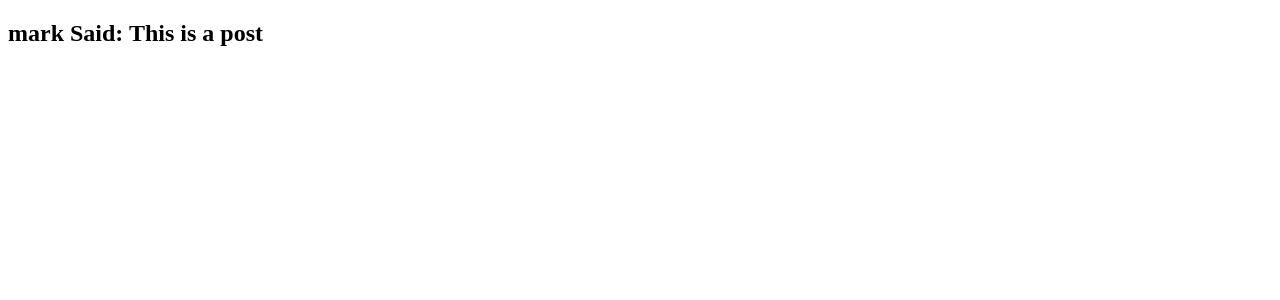
Repository: roslanPaul/social-app
Page: /
The author's editor kept a copy of each file at every save. The page is drawn from the files as they stood at one save, then again after the next save.
The browser window is 1280 px wide. The pictures show the whole page.
The project was rebuilt for these pictures with package versions that can differ from the ones it lists, and the page was loaded fresh each time.

Above is the page before, as saved 2019-03-14 12:25:31.

### src/index.js
import React, { Component } from 'react';
import { render } from "react-dom";
import PropTypes from "prop-types";

const node = document.getElementById('root');
class Post extends Component {
    render() {
        // create DOM element
        console.log("test");
        return React.createElement (
            'div',
            {
                className: 'post'
            },
            React.createElement(
                'h2',
                {
                    className: 'postAuthor',
                    id: this.props.id
                },
                this.props.user,
                React.createElement(
                    'span',
                    {
                        className: 'postBody'
                    },
                    this.props.content
                )
            )
        );
    }
}

class Comment extends Component {
    render() {
        console.log("test");
        return React.createElement(
            'div',
            {
                className: 'comment'
            },
            React.createElement(
                'h2',
                {
                    className: 'commentAuthor'
                },
                this.props.user,
                React.createElement(
                    'span',
                    {
                        className: 'commentContent'
                    },
                    this.props.content
                )
            )
        );
    }
}
// establish constraint
Post.propTypes = {
    user: PropTypes.string.isRequired,
    content: PropTypes.string.isRequired,
    id: PropTypes.number.isRequired
};

Comment.propTypes = {
    id: PropTypes.number.isRequired,
    content: PropTypes.string.isRequired,
    user: PropTypes.string.isRequired
};

// add the post
const App = React.createElement(
    Post, {
    id: 1,
    content: ' Said: This is a post',
    user: 'mark'
    },
    React.createElement(Comment, {
        id: 2,
        user: 'bob',
        content: ' commented: Woow. Cool!'
    })
);

render(App, node);

Loaded but not shown: public/index.html (common file)

After the next save:
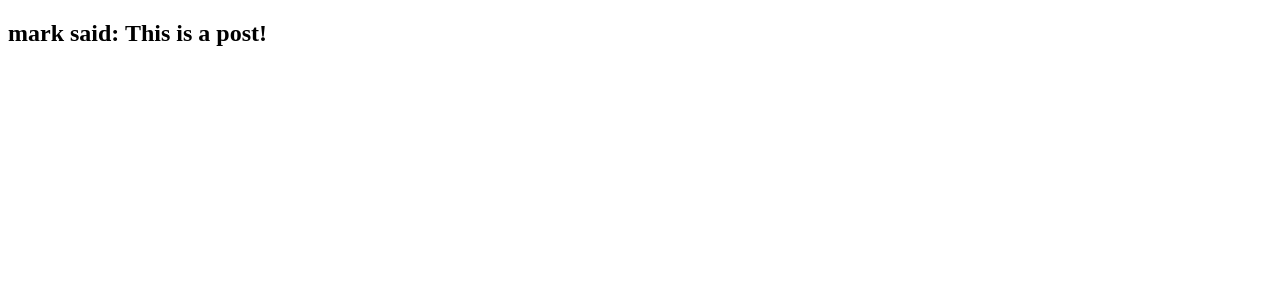
Saved 62 s later.
--- a/src/index.js
+++ b/src/index.js
@@ -69,18 +69,18 @@ Comment.propTypes = {
     user: PropTypes.string.isRequired
 };
 
-// add the post
 const App = React.createElement(
-    Post, {
-    id: 1,
-    content: ' Said: This is a post',
-    user: 'mark'
+    Post,
+    {
+      id: 1,
+      content: " said: This is a post!",
+      user: "mark"
     },
     React.createElement(Comment, {
-        id: 2,
-        user: 'bob',
-        content: ' commented: Woow. Cool!'
+      id: 2,
+      user: "bob",
+      content: " commented: wow! how cool!"
     })
-);
+  );
 
 render(App, node);
